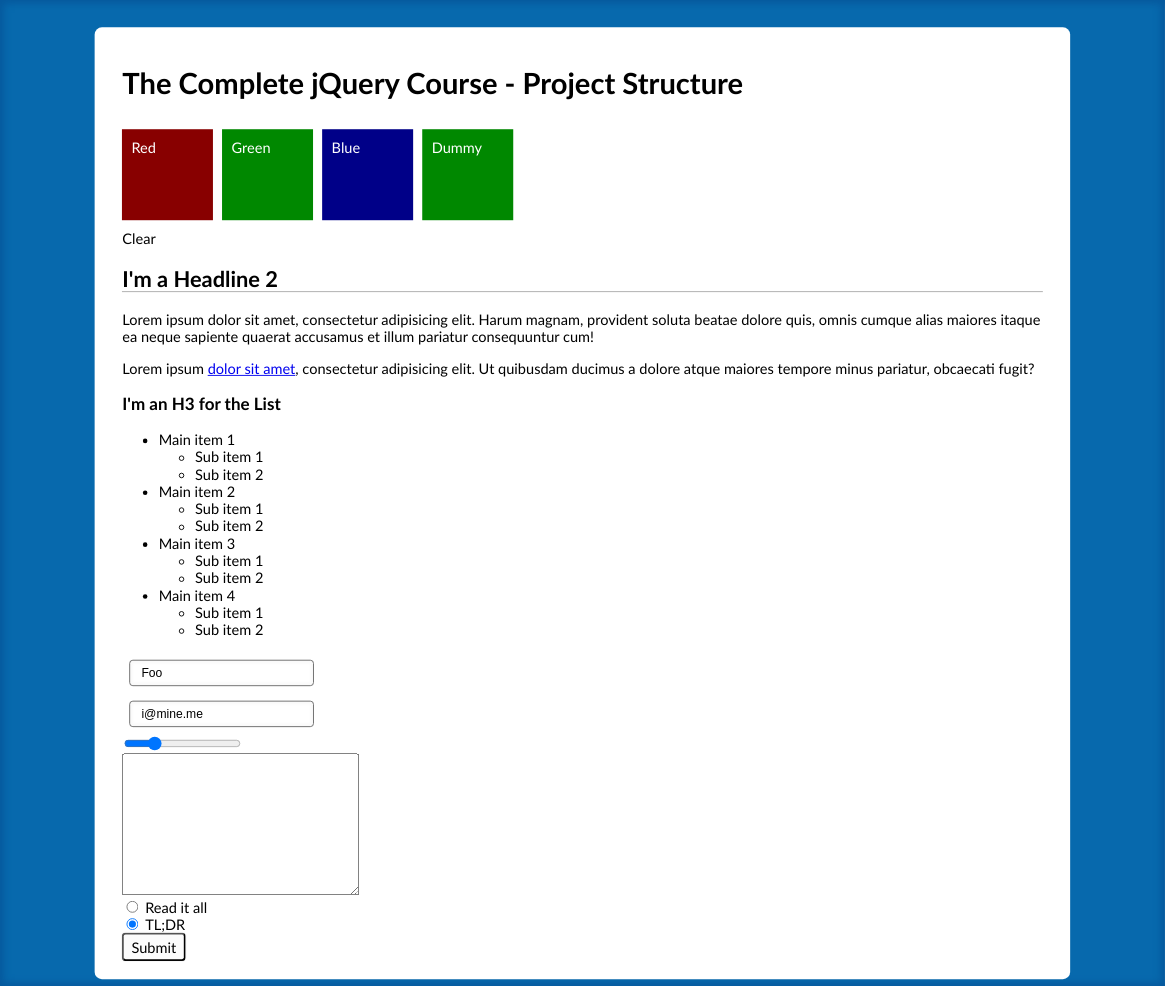
Repository: vpriyankaprabhu/Jquery-examples
Page: 05/add-remove-css-classes/index.html
An editor plug-in stored every save of this project. The page is shown before and after the next save, followed by the edit.
The browser window is 1280 px wide. The pictures show the whole page, at 91% of full size.

Above is the page before, as saved 2024-12-30 13:28:20.

### 05/add-remove-css-classes/index.html
<!DOCTYPE html>
<html lang="en">
<head>
  <meta charset="UTF-8">
  <script src="https://code.jquery.com/jquery-1.12.3.min.js" integrity="sha256-aaODHAgvwQW1bFOGXMeX+pC4PZIPsvn2h1sArYOhgXQ=" crossorigin="anonymous"></script>
  <script src="js/script.js"></script>
  <link rel="stylesheet" href="css/style.css">
  <title>The Complete jQuery Course - Course Code</title>
</head>
<body>
  <div id="content">
    <h1>The Complete jQuery Course - Project Structure</h1>

    <div class="red-box">Red</div>
    <div class="green-box">Green</div>
    <div class="blue-box">Blue</div>
    <div class="dummy">Dummy</div>
    <div class="clear">Clear</div>

    <h2>I'm a Headline 2</h2>
    <p>Lorem ipsum dolor sit amet, consectetur adipisicing elit. Harum magnam, provident soluta beatae dolore quis, omnis cumque alias maiores itaque ea neque sapiente quaerat accusamus et illum pariatur consequuntur cum!</p>
    <p>Lorem ipsum <a id="link" title="An amazing link" href="/url">dolor sit amet</a>, consectetur adipisicing elit. Ut quibusdam ducimus a dolore atque maiores tempore minus pariatur, obcaecati fugit?</p>

    <h3>I'm an H3 for the List</h3>
    <!-- An unordered list with ID "list" -->
    <ul id="list">
      <li>Main item 1
        <ul>
          <li>Sub item 1</li>
          <li>Sub item 2</li>
        </ul></li>
      <li>Main item 2
        <ul>
          <li>Sub item 1</li>
          <li>Sub item 2</li>
        </ul></li>
      <li>Main item 3
        <ul>
          <li>Sub item 1</li>
          <li>Sub item 2</li>
        </ul></li>
      <li>Main item 4
        <ul>
          <li>Sub item 1</li>
          <li>Sub item 2</li>
        </ul></li>
    </ul>

    <!-- A form element without class or ID  -->
    <form action="">
      <input type="text" value="Foo"><br>
      <input type="email" value="i@mine.me"><br>
      <input type="range" min="1" max="10" value="3"><br>
      <textarea name="message" id="message" cols="30" rows="10"></textarea><br>
      <input type="radio" name="toc" value="read" id="read"> <label for="read">Read it all</label> <br>
      <input type="radio" name="toc" value="tldr" checked> <label for="tldr">TL;DR</label> <br>
      <input type="submit" value="Submit">
    </form>
</body>
</html>

### 05/add-remove-css-classes/js/script.js
$(function () {

  // Additional CSS classes can be added to an element via addClass()

  // // For instance, add the class .fancy-link to all anchor tags.
  // // Note that you *do not* add a dot in front of the class name here.
  // $("a").addClass("fancy-link");

  // // You can also add multiple classes at once.
  // $("p:first").addClass("large emphasize");

  // // To attach a class based on the index of the element in your selected
  // // set of elements, you can use a callback function.
  // $("li li").addClass(function(index) {
  //   // This adds classes .item-0, .item-1, ... to the list's sub-items.
  //   $(this).addClass("item-" + index);
  // });

  // // You can even use two parameters for the callback function, the index
  // // and the current class of the element.
  // $("div").addClass(function(index, currentClasses) {
  //   console.log(currentClasses);  // String containing all classes

  //   // Add .red-box if the current classes contain "dummy"
  //   if (currentClasses.indexOf("dummy") !== -1) {
  //     return "red-box";
  //   }
  // });

  // // You can again chain these calls to switch one class for another.
  // $(".green-box").removeClass("green-box").addClass("blue-box");

  // // To quickly toggle one particular CSS class, use toggleClass().
  // $("li li:first").toggleClass("emphasize");


  $(".dummy").removeClass("dummy").addClass("green-box")
  //$(".clear").removeClass("clear").addClass("red-box")
});

### 05/add-remove-css-classes/css/style.css
.lightbox {
  position: absolute;
  top: 0;
  left: 0;
  display: none;
  width: 30%;
  height: 60%;
  padding: 15% 35% 25% 35%;
  color: #000000;
  background-color: rgba(200, 100, 0, 0.9);
  text-align: center;
  text-shadow: #333 0 1px 0; }

.red-box {
  float: left;
  width: 80px;
  height: 80px;
  margin: 10px 10px 10px 0;
  padding: 10px;
  color: #ffffff;
  background-color: #880000; }

.green-box {
  float: left;
  width: 80px;
  height: 80px;
  margin: 10px 10px 10px 0;
  padding: 10px;
  color: #ffffff;
  background-color: #008800; }

.blue-box {
  float: left;
  width: 80px;
  height: 80px;
  margin: 10px 10px 10px 0;
  padding: 10px;
  color: #ffffff;
  background-color: #000088; }

.large {
  font-size: 125%;
}

.emphasize {
  color: #666;
  font-style: italic;
}

fieldset {
  border-radius: 4px;
  -moz-border-radius: 4px;
  -webkit-border-radius: 4px; }

label {
  display: inline-block;
  min-width: 100px; }

input[type="text"], input[type="email"], input[type="password"], input[type="tel"] {
  margin: 8px;
  padding: 6px 12px;
  outline: none;
  border: 1px solid #666;
  border-radius: 4px;
  box-shadow: inset 0 0 3px 3px #fafafa; }

input[type="submit"] {
  font-family: "Trebuchet MS", Verdana, Arial, sans-serif;
  font-size: 16px;
  padding: 4px 8px;
  background-color: #fcfcfc;
  box-shadow: 0 0 1px 0 #aaa;
  -webkit-border-radius: 4px;
  -moz-border-radius: 4px;
  border-radius: 4px; }
  input[type="submit"]:hover {
    background-color: #f4f4f4;
    box-shadow: 0 0 1px 0 #ccc; }

html {
  min-height: 100%;
  background-color: #0769ad;
  box-shadow: 0 0 8px 4px #06599d inset; }

body {
  font-size: 16px;
  font-family: "Trebuchet MS", Verdana, Arial, sans-serif; }

.clear {
  clear: both; }

#content {
  overflow: auto;
  width: 80%;
  background-color: #fff;
  margin: 30px auto 0 auto;
  padding: 20px 30px;
  border-radius: 8px;
  -moz-border-radius: 8px;
  -webkit-border-radius: 8px; }

h1 {
  color: #000; }

h2 {
  border-bottom: 1px solid #aaa; }

#dashboard {
  position: absolute;
  width: 120px;
  height: 60%;
  left: -140px;
  top: 100px;
  padding: 20px;
  border-radius: 0 6px 6px 0;
  box-shadow: 0 0 3px 3px #f0f0f0;
  background-color: #999; }

.fancy-link {
  display: inline-block;
  text-decoration: none;
  color: #111199; }

.fancy-link:after {
  display: block;
  content: '';
  border-bottom: solid 1px #22a;
  transform: scaleX(0.0001);
  transition: transform 250ms ease-in-out; }

.fancy-link:hover:after {
  transform: scaleX(1); }

/*# sourceMappingURL=style.css.map */

After the next save:
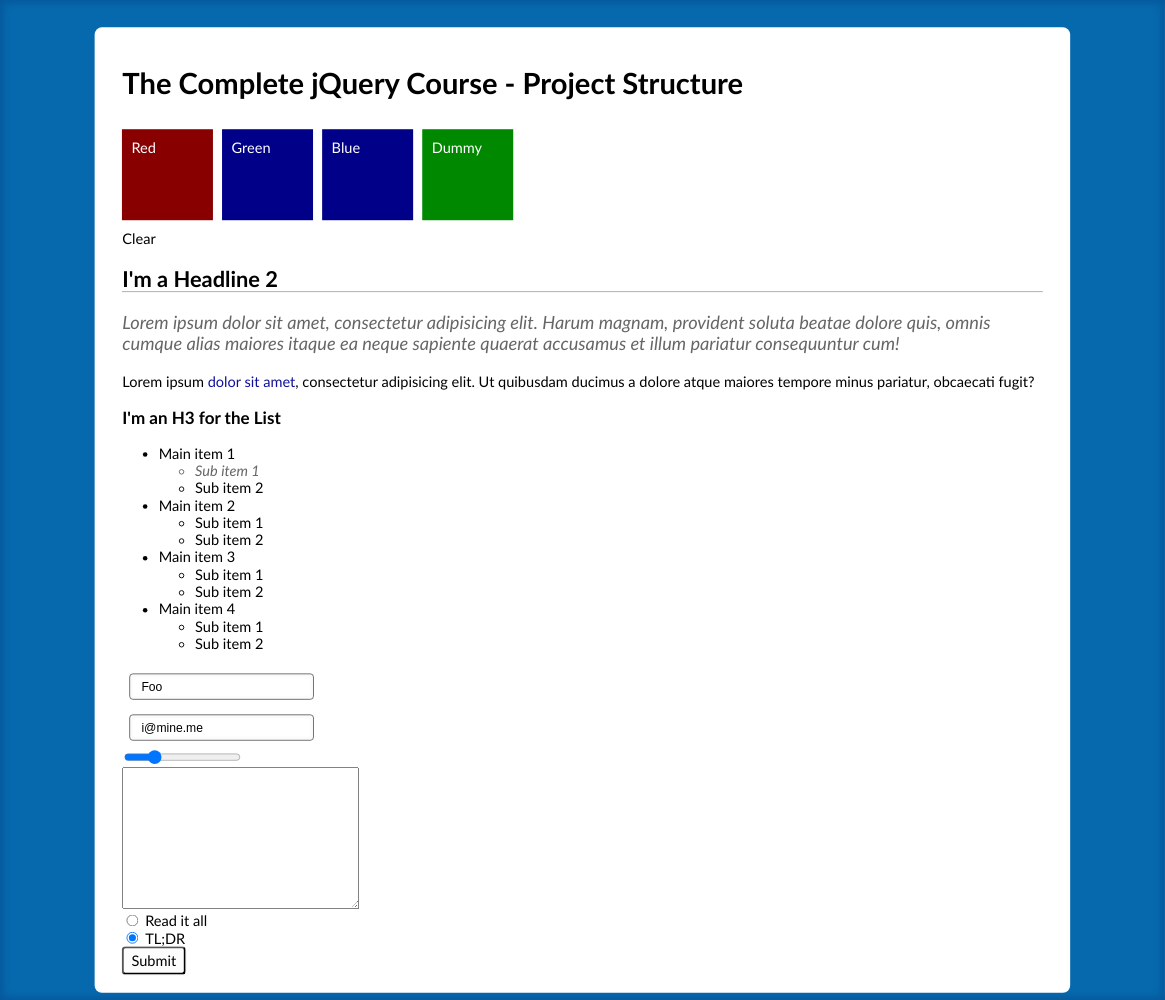
Saved 1 s later.
--- a/05/add-remove-css-classes/js/script.js
+++ b/05/add-remove-css-classes/js/script.js
@@ -2,36 +2,36 @@ $(function () {
 
   // Additional CSS classes can be added to an element via addClass()
 
-  // // For instance, add the class .fancy-link to all anchor tags.
-  // // Note that you *do not* add a dot in front of the class name here.
-  // $("a").addClass("fancy-link");
+  // For instance, add the class .fancy-link to all anchor tags.
+  // Note that you *do not* add a dot in front of the class name here.
+  $("a").addClass("fancy-link");
 
-  // // You can also add multiple classes at once.
-  // $("p:first").addClass("large emphasize");
+  // You can also add multiple classes at once.
+  $("p:first").addClass("large emphasize");
 
-  // // To attach a class based on the index of the element in your selected
-  // // set of elements, you can use a callback function.
-  // $("li li").addClass(function(index) {
-  //   // This adds classes .item-0, .item-1, ... to the list's sub-items.
-  //   $(this).addClass("item-" + index);
-  // });
+  // To attach a class based on the index of the element in your selected
+  // set of elements, you can use a callback function.
+  $("li li").addClass(function(index) {
+    // This adds classes .item-0, .item-1, ... to the list's sub-items.
+    $(this).addClass("item-" + index);
+  });
 
-  // // You can even use two parameters for the callback function, the index
-  // // and the current class of the element.
-  // $("div").addClass(function(index, currentClasses) {
-  //   console.log(currentClasses);  // String containing all classes
+  // You can even use two parameters for the callback function, the index
+  // and the current class of the element.
+  $("div").addClass(function(index, currentClasses) {
+    console.log(currentClasses);  // String containing all classes
 
-  //   // Add .red-box if the current classes contain "dummy"
-  //   if (currentClasses.indexOf("dummy") !== -1) {
-  //     return "red-box";
-  //   }
-  // });
+    // Add .red-box if the current classes contain "dummy"
+    if (currentClasses.indexOf("dummy") !== -1) {
+      return "red-box";
+    }
+  });
 
-  // // You can again chain these calls to switch one class for another.
-  // $(".green-box").removeClass("green-box").addClass("blue-box");
+  // You can again chain these calls to switch one class for another.
+  $(".green-box").removeClass("green-box").addClass("blue-box");
 
-  // // To quickly toggle one particular CSS class, use toggleClass().
-  // $("li li:first").toggleClass("emphasize");
+  // To quickly toggle one particular CSS class, use toggleClass().
+  $("li li:first").toggleClass("emphasize");
 
 
   $(".dummy").removeClass("dummy").addClass("green-box")
